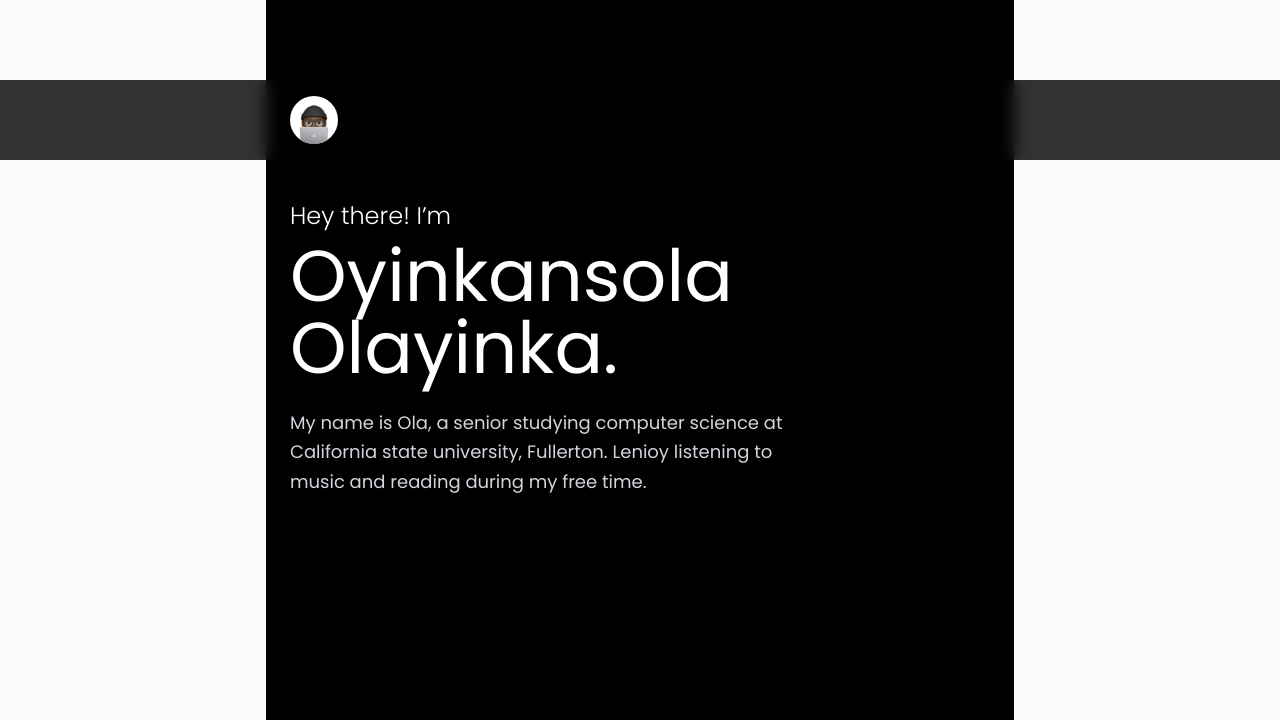
Repository: olasores/olasores-portfolio
Page: /
The author's editor kept a copy of each file at every save. The page is drawn from the files as they stood at one save, then again after the next save.
The browser window is 1280 px wide. The pictures show the whole page.
The project was rebuilt for these pictures with package versions that can differ from the ones it lists, and the page was loaded fresh each time. The framework's server and built-in components were replaced by stand-ins that run in the browser. Also part of the build but not shown: next.config.ts.

Above is the page before, as saved 2025-11-11 12:50:45.

### app/layout.tsx
import type { Metadata } from "next";
import { Poppins } from "next/font/google";
import "./globals.css";
import Navbar from "./components/Navbar";

const poppins = Poppins({
  variable: "--font-poppins",
  weight: ["300", "400", "500", "600", "700"],
  subsets: ["latin"],
});

export const metadata: Metadata = {
  title: "Create Next App",
  description: "Generated by create next app",
};

export default function RootLayout({
  children,
}: Readonly<{
  children: React.ReactNode;
}>) {
  return (
    <html lang="en">
      <body
        className={`${poppins.variable} antialiased`}
      >
        <Navbar />
        {children}
      </body>
    </html>
  );
}

### app/page.tsx
import Image from "next/image";
import HomeSection from "./components/HomeSection";
import Portfolio from "./components/Portfolio";

export default function Home() {
  return (

    <div className="flex min-h-screen items-center justify-center bg-zinc-50 font-sans dark:bg-black">
      <HomeSection />
      <Portfolio />
    </div>
  );
}

### app/globals.css
@import "tailwindcss";

* {
  font-family: 'Poppins', sans-serif;
}

:root {
  --background: #ffffff;
  --foreground: #171717;
}

@media (prefers-color-scheme: dark) {
  :root {
    --background: #0a0a0a;
    --foreground: #ededed;
  }
}

body {
  background: var(--background);
  color: var(--foreground);
}

### app/components/Navbar.tsx
export default function Navbar() {
    return (
        <nav className="fixed top-20 left-0 right-0 bg-black/80 backdrop-blur-sm px-6 py-4 z-50 flex justify-center">
            <div className="max-w-[700px] w-full flex items-center justify-between">
                {/* Logo */}
                <div className="relative w-12 h-12 rounded-full bg-white overflow-hidden flex items-center justify-center">
                    <img
                        src="/assets/olaimg2.webp"
                        alt="Oyinkansola Olayinka Logo"
                        className="w-full h-full object-cover"
                    />
                </div>

                {/* Links */}
                {/* <div className="flex gap-8 text-white">
                    <a href="#" className="hover:text-gray-400 transition">
                        Github ↗
                    </a>
                    <a href="#" className="hover:text-gray-400 transition">
                        linkedin ↗
                    </a>
                    <a href="#" className="hover:text-gray-400 transition">
                        Resume ↗
                    </a>
                </div> */}
            </div>
        </nav>
    );
}

### app/components/HomeSection.tsx


export default function HomeSection() {
    return (
        <div className="flex min-h-screen justify-center bg-black font-sans dark:bg-black px-6 py-5 pt-50">
            <div className="max-w-[700px] w-full flex flex-col gap-12">
                {/* Text content */}
                <div className="flex flex-col gap-6 items-center md:items-start">
                    <div>
                        <h2 className="text-xl md:text-2xl font-light text-white mb-2">
                            Hey there! I&rsquo;m
                        </h2>
                        <h1 className="text-5xl md:text-7xl  text-white">
                            Oyinkansola Olayinka.
                        </h1>
                    </div>

                    <p className="text-base md:text-lg text-gray-300 leading-relaxed max-w-lg">
                        My name is Ola, a senior studying computer science at California state university, Fullerton. Lenioy listening to music and reading during my free time.
                    </p>

                    {/* Links */}
                    {/* <div className="flex gap-6 text-lg md:text-xl text-white">
                        <a href="#" className="hover:text-gray-400 transition">
                            Github ↗
                        </a>
                        <a href="#" className="hover:text-gray-400 transition">
                            linkedin ↗
                        </a>
                        <a href="#" className="hover:text-gray-400 transition">
                            Resume ↗
                        </a>
                    </div> */}
                </div>
            </div>
        </div>
    );
}

### app/components/Portfolio.tsx
export default function Portfolio() {
    return (
        <div>

        </div>

    );
}

After the next save:
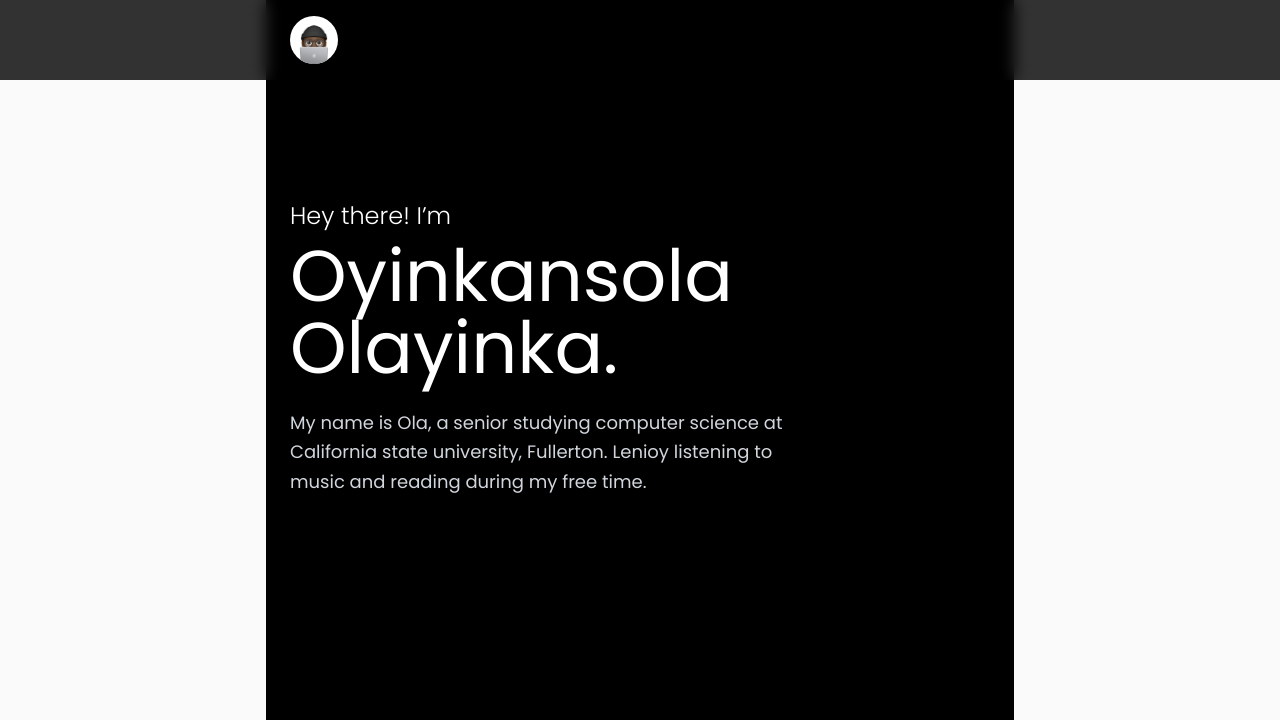
Saved 2 s later.
--- a/app/components/Navbar.tsx
+++ b/app/components/Navbar.tsx
@@ -1,6 +1,6 @@
 export default function Navbar() {
     return (
-        <nav className="fixed top-20 left-0 right-0 bg-black/80 backdrop-blur-sm px-6 py-4 z-50 flex justify-center">
+        <nav className="fixed top-0 left-0 right-0 bg-black/80 backdrop-blur-sm px-6 py-4 z-50 flex justify-center">
             <div className="max-w-[700px] w-full flex items-center justify-between">
                 {/* Logo */}
                 <div className="relative w-12 h-12 rounded-full bg-white overflow-hidden flex items-center justify-center">
